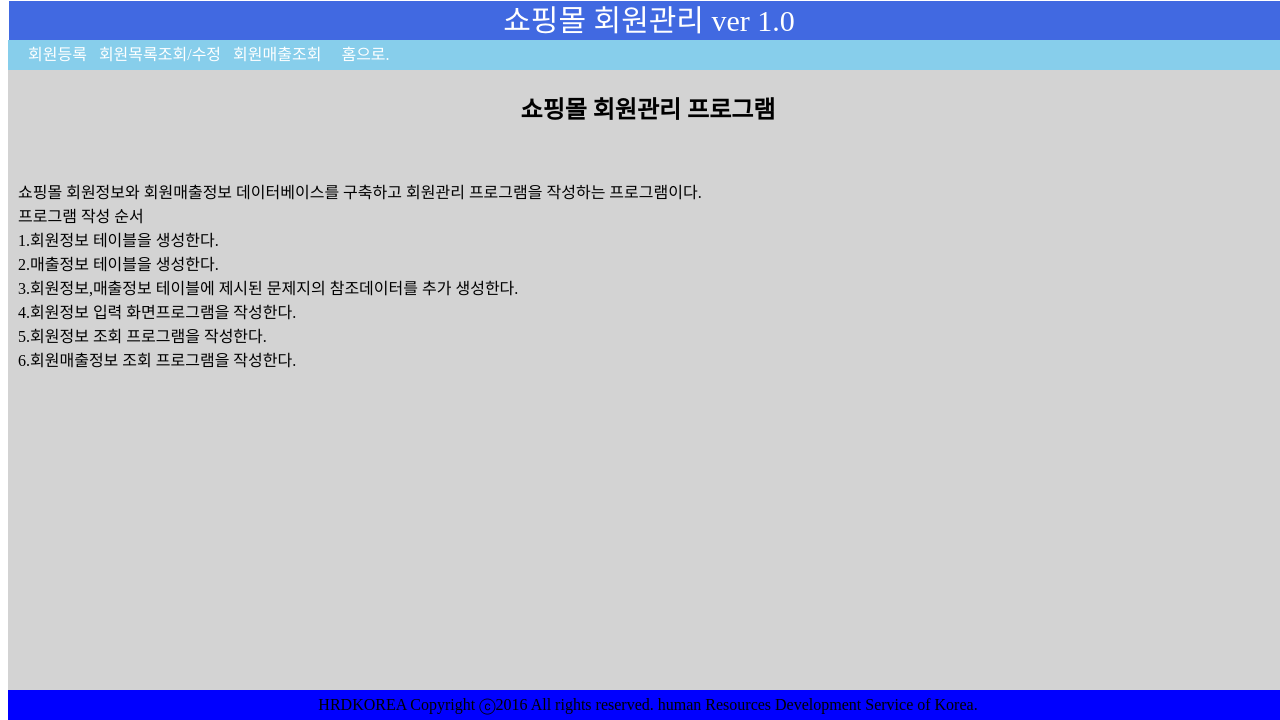
Repository: GotChun/license_practice
Page: http://localhost/HRD_8155/
The author's editor kept a copy of each file at every save. The page is drawn from the files as they stood at one save, then again after the next save.
The browser window is 1280 px wide. The pictures show the whole page.
The page is served by Tomcat 9.

Above is the page before, as saved 2025-02-18 14:30:45.

After the next save:
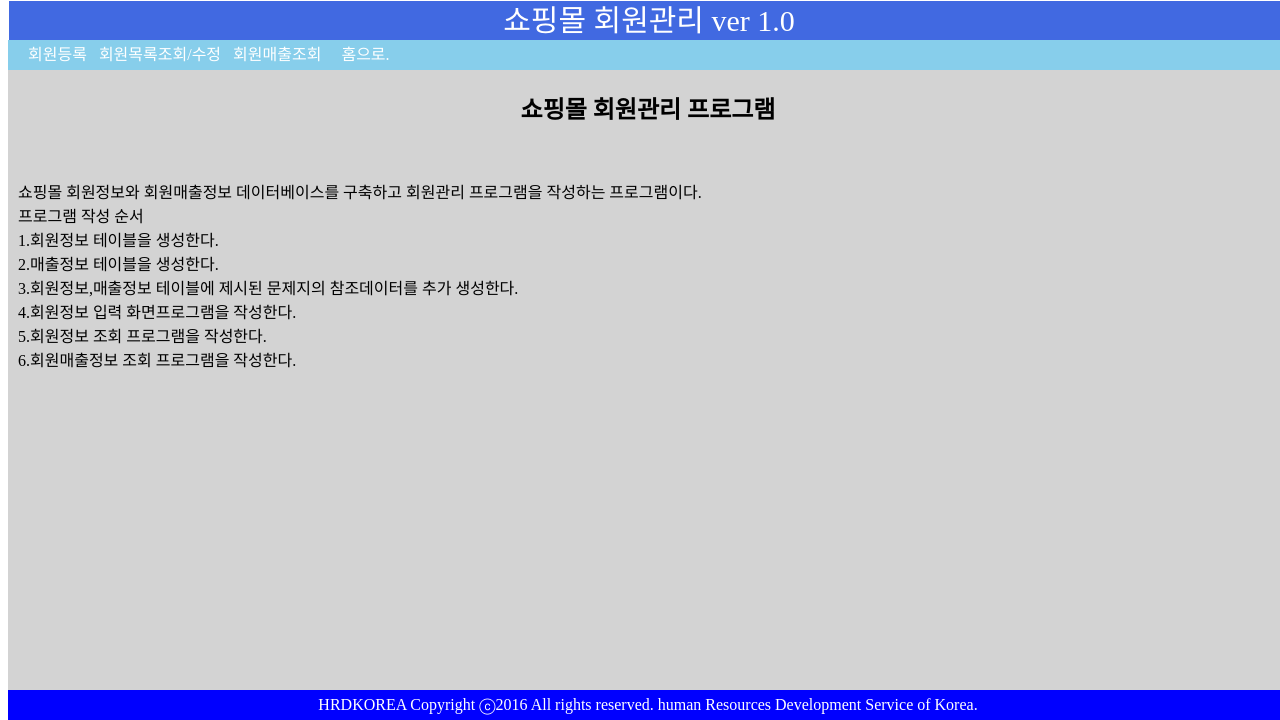
Saved 42 s later.
--- a/HRD_8155/src/main/webapp/index.jsp
+++ b/HRD_8155/src/main/webapp/index.jsp
@@ -28,7 +28,7 @@
 	 	</p>
 	 </section>
 
-	 <footer style=" position:fixed; bottom:0px; text-align:center; width:100%; height:30px; background-color:blue; line-height:30px;">HRDKOREA Copyright ⓒ2016 All rights reserved. human Resources Development Service of Korea. </footer>
+	 <footer style=" position:fixed; bottom:0px; text-align:center; width:100%; height:30px; background-color:blue; line-height:30px; color:white;">HRDKOREA Copyright ⓒ2016 All rights reserved. human Resources Development Service of Korea. </footer>
 
 </body>
 </html>
